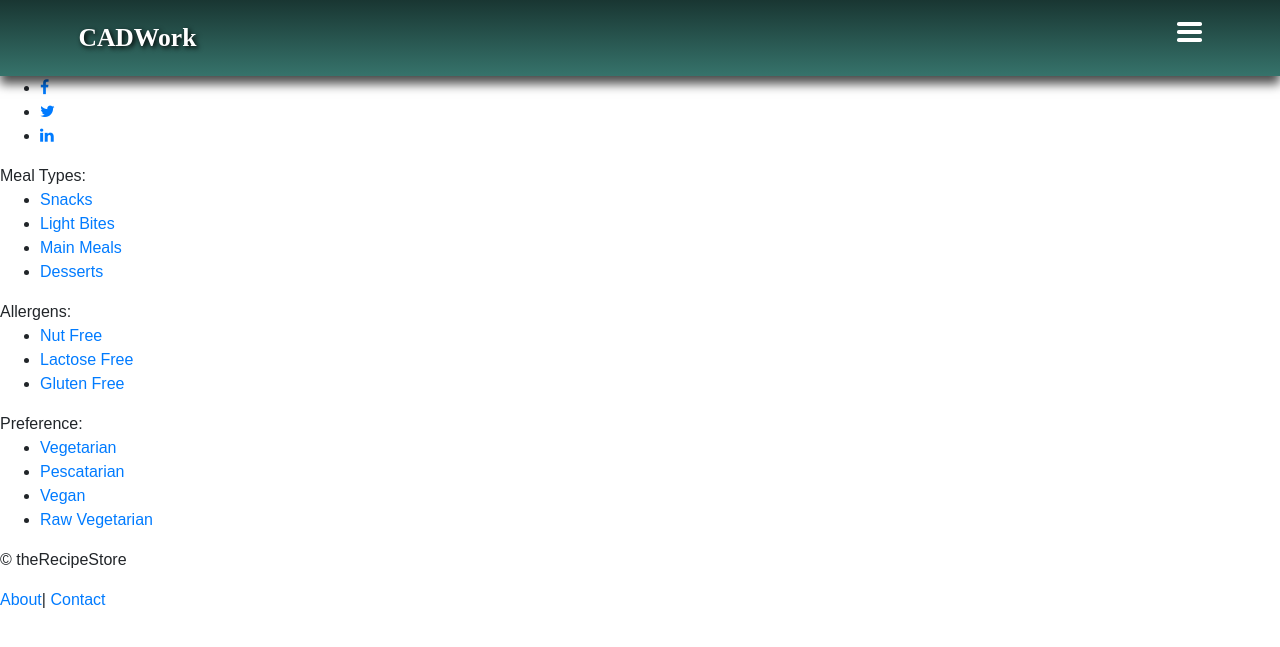
Repository: JShad30/cadwork
Page: templates/base.html
The author's editor kept a record of every edit. The page is drawn from the files as they stood at one moment, then again after the next edit.
The browser window is 1280 px wide. The pictures show the whole page.
The template is drawn by Django 2.2. The application's start-up code is not run. Other server files are loaded and not shown. The template is opened directly, without the code that normally fills it, so the values that code supplies are empty.

Above is the page before.

### templates/base.html
{% load static %}
<!DOCTYPE html>
<html lang="en">

<head>
	<!--Meta descriptions-->
    <meta charset="UTF-8">
    <meta name="viewport" content="width=device-width, initial-scale=1.0">
    <meta http-equiv="X-UA-Compatible" content="ie=edge">
    <meta name="description" content="Upload jobs and find a CAD Professional for your project">

    <!--Website title and description-->
    <title>CADWork</title>

    <!--Links to font awesome used for social icons and the css file and the bootstrap framework-->
    <link rel="stylesheet" href="https://stackpath.bootstrapcdn.com/bootstrap/4.3.1/css/bootstrap.min.css" integrity="sha384-ggOyR0iXCbMQv3Xipma34MD+dH/1fQ784/j6cY/iJTQUOhcWr7x9JvoRxT2MZw1T" crossorigin="anonymous">
    <link rel="stylesheet" href="https://cdnjs.cloudflare.com/ajax/libs/font-awesome/4.7.0/css/font-awesome.min.css">
    <link rel="stylesheet" href="{% static 'css/styles.css' %}">
</head>

<!--This html page will have the navbar and footer that will be used on every one of the pages-->
<body>

    <nav class="navbar">
        <div class="navbar-container">
            <div class="navbar-logo-label">
            	<!--Logo will link back to the home page-->
                <div class="navbar-logo">
                    <a href="{% url 'index' %}">CADWork</a>
                </div>
                <!--Navbar burger icon created so that effect can take place on mobile view-->
                <div id="navbar-dropdown" class="navbar-dropdown">
					<span class="line line1"></span>
					<span class="line line2"></span>
					<span class="line line3"></span>
                </div>
            </div>
            <div class="navbar-links">
	            <a class="dropdown-content-button" href="#">Home</a>
                <a id="jobs-dropdown-link" class="dropdown-content-button" href="#">Jobs</a>
                <div id="jobs-dropdown" class="dropdown-content">
	                <a class="dropdown-content-link" href="#">Upload</a>
	                <a class="dropdown-content-link" href="#">Bid</a>
	            </div>
                <a class="dropdown-content-button" href="#">Blog</a>
	            <a class="dropdown-content-button" href="#">Shop</a>

                <!--Buttons that link to pages allowing the user to sign up or login to their membership area-->
                {% if user.is_authenticated %}
                <!--Account link which only appears if user is logged in-->
                <a id="meal-type" class="dropdown-content-button" href="#">Account</a>
                <a class="btn btn-dark" href="#" role="button">Log Out</a>

	            {% else %}
	            <a class="btn btn-primary" href="#" role="button">Sign Up</a>
	            <a class="btn btn-secondary" href="#" role="button">Log In</a>
	            {% endif %}

	            <!--The following lines will only appear in mobile views-->
	            <div class="horizontal-rule-divider">
	            	<div class="navbar-contents-seperate"></div>
	            </div>
	            <!--Social links in destop views wil be attached to the side of the page-->
	            <div class="navbar-link">
	                <div id="social" class="dropdown-content">
	                	<a class="social-link" href="https://www.facebook.com/" target="_blank"><i class="fa fa-facebook"></i></a>
	                	<a class="social-link" href="https://twitter.com/" target="_blank"><i class="fa fa-twitter"></i></a>
	                	<a class="social-link" href="https://www.linkedin.com/?hl=en" target="_blank"><i class="fa fa-linkedin"></i></a>
	                </div>
	            </div>

	            <!--Contact and about page only appears in mobile views-->
	            <div class="contact-about-navbar">
	            	<div class="contact-about-navbar-links">
		                <a id="about-navbar" class="contact-about-link" href="#">About</a>
		                <a id="contact-navbar" class="contact-about-link" href="#">Contact</a>
		                <span class="contact-about-link">&#169; 2019 CADWork</span>
		            </div>
	            </div>

            </div>
        </div>
    </nav>

    <!--These social icons only display where the website is being displayed on mobile views -->
    <div class="icon-bar-desktop-views">
		<a href="https://www.facebook.com/" target="_blank" class="icon-bar-facebook"><i class="fa fa-facebook"></i></a>
		<a href="https://twitter.com/" target="_blank" class="icon-bar-twitter"><i class="fa fa-twitter"></i></a>
		<a href="https://www.linkedin.com/?hl=en" target="_blank" class="icon-bar-linkedin"><i class="fa fa-linkedin"></i></a>
	</div>

    {% block content %}
    {% endblock %}

    <footer class="footer">
		<div class="footer-container">
			<!--Social links at the top of the footer-->
			<div class="footer-social">
                <ul class="social-links">
                    <li class="social"><a class="dropdown-content-link social-link" href="https://www.facebook.com/" target="_blank"><i class="fa fa-facebook"></i></a></li>
                    <li class="social"><a class="dropdown-content-link social-link" href="https://twitter.com/" target="_blank"><i class="fa fa-twitter"></i></a></li>
                    <li class="social"><a class="dropdown-content-link social-link" href="https://www.linkedin.com/?hl=en" target="_blank"><i class="fa fa-linkedin"></i></a></li>
                </ul>
            </div>
            <!--Links at the top of the footer section-->
			<div class="footer-top-primary-links">
				<!--Select the recipes by meal type-->
				<div class="footer-section">
					<div class="meal-types-footer-links footer-list-title" id="meal-types-footer-dropdown">Meal Types:</div>
					<ul class="meal-types-subject-links footer-list" id="meal-types-list">
						<li class="footer-list-item"><a class="footer-list-link" href="#">Snacks</a></li>
						<li class="footer-list-item"><a class="footer-list-link" href="#">Light Bites</a></li>
						<li class="footer-list-item"><a class="footer-list-link" href="#">Main Meals</a></li>
						<li class="footer-list-item"><a class="footer-list-link" href="#">Desserts</a></li>
					</ul>
				</div>
				<!--Select recipes by allergen requirements-->
				<div class="footer-section">
					<div class="allergens-footer-links footer-list-title" id="allergens-footer-dropdown">Allergens:</div>
					<ul class="allergens-subject-links footer-list" id="allergens-list">
						<li class="footer-list-item"><a class="footer-list-link" href="#">Nut Free</a></li>
						<li class="footer-list-item"><a class="footer-list-link" href="#">Lactose Free</a></li>
						<li class="footer-list-item"><a class="footer-list-link" href="#">Gluten Free</a></li>
					</ul>
				</div>
				<!--Allow the user to select the pages that show the most recent and the most popular recipes-->
				<div class="footer-section">
					<div class="search-footer-links footer-list-title" id="search-footer-dropdown">Preference:</div>
					<ul class="search-subject-links footer-list" id="search-list">
						<li class="footer-list-item"><a class="footer-list-link" href="/vegetarian">Vegetarian</a></li>
						<li class="footer-list-item"><a class="footer-list-link" href="/pescatarian">Pescatarian</a></li>
						<li class="footer-list-item"><a class="footer-list-link" href="/vegan">Vegan</a></li>
						<li class="footer-list-item"><a class="footer-list-link" href="/raw_vegetarian">Raw Vegetarian</a></li>
					</ul>
				</div>
			</div>
			<!--Horizontal rule between the top section of the footer and the bottom statements-->
			<div class="horizontal-rule-footer">
	          	<div class="footer-contents-separate"></div>
	        </div>
	        <!--Bottom section of the footer-->
            <div class="footer-statement">
            	<!--Copyright statement-->
            	<p class="statement">&#169; theRecipeStore</p>
            	<div class="footer-contact-about">
					<p class="footer-contact-about-links">
						<!--Links to the contact and about pages-->
						<span class="footer-contact-about-links-span"><a id="about-footer" class="terms-about-link" href="#">About</a></span><span class="footer-contact-about-links-divider">|</span>
			            <span class="footer-contact-about-links-span"><a id="contact-footer" class="terms-about-link" href="#">Contact</a></span>
			        </p>
				</div>
            </div>
		</div>
	</footer>

    <!--Scripts to run-->
    <script src="https://code.jquery.com/jquery-3.3.1.slim.min.js" integrity="sha384-q8i/X+965DzO0rT7abK41JStQIAqVgRVzpbzo5smXKp4YfRvH+8abtTE1Pi6jizo" crossorigin="anonymous"></script>
    <script src="https://cdnjs.cloudflare.com/ajax/libs/popper.js/1.14.7/umd/popper.min.js" integrity="sha384-UO2eT0CpHqdSJQ6hJty5KVphtPhzWj9WO1clHTMGa3JDZwrnQq4sF86dIHNDz0W1" crossorigin="anonymous"></script>
    <script src="https://stackpath.bootstrapcdn.com/bootstrap/4.3.1/js/bootstrap.min.js" integrity="sha384-JjSmVgyd0p3pXB1rRibZUAYoIIy6OrQ6VrjIEaFf/nJGzIxFDsf4x0xIM+B07jRM" crossorigin="anonymous"></script>
    <script src="../static/js/navbar.js"></script>
    <script src="../static/js/navbar-contents.js"></script>

</body>

</html>

### static/css/styles.css
/*Font style imports*/

/*Colours to use in site*/
/*
blue colour - #3749B0
dark grey - #333333
White colour - #FAFAFA
*/

/*Importing the fonts */

/* Open Sans font to be used throughout the site */
@import url('https://fonts.googleapis.com/css?family=Open+Sans:400,600&display=swap');

/* Titillium web to be used for the headers throughout the site */
@import url('https://fonts.googleapis.com/css?family=Titillium+Web:400,700&display=swap');

/* Global styles styles*/

* {
    margin: 0;
    font-family: "", sans-serif;
}

h1, h2, h3, h4, h5, h6 {
    font-family: "Titillium Web", sans-serif;
}







/*---------- Navbar ----------*/
.navbar {
    position: sticky;
    top: 0;
	width: 100%;
    background-image: linear-gradient(#193632, #36736B);
    display: flex;
    flex-direction: column;
    justify-content: center;
    align-items: center;
    z-index: 10;
    box-shadow: 0px 8px 10px 0px rgba(0,0,0,0.7);
}

.navbar-container {
    margin: 0 10px;
    width: 90%;
    height: 100%;
    display: flex;
    flex-direction: column;
    align-items: space-between;
}

.navbar-logo-label {
	height: 60px;
    display: flex;
    flex-direction: row;
    align-items: center;
    justify-content: space-between;
}

.navbar-logo a {
	display: flex;
	align-items: center;
	font-family: "Kalam", cursive;
	font-size: 1.6em;
	font-weight: 700;
	color: #FFFFFF;
	text-decoration: none;
	transition-duration: 0.1s;
    transition-timing-function: ease-in-out;
    text-shadow: 2px 2px 5px #000000;
}

.navbar-logo a:hover {
    transition-property: color;
    transition-duration: 0.1s;
    transition-timing-function: ease-in-out;
    color: #80C0B8;
}

/*Navbar burger icon*/
.navbar-dropdown {
    width: 50px;
	font-size: 1.8em;
    display: flex;
    justify-content: flex-end;
    cursor: pointer;
}

.line {
    position: absolute;
    height: 3.5px;
    width: 25px;
    background-color: #FFFFFF;
    border-radius: 1.75px;
    transition: all ease-in-out 0.2s;
}

.line1 {
    top: 22px;
}

.line2 {
    top: 30px;
}

.line3 {
    top: 38px;
}

/*Controlling the cross effect when the burger menu is selected in mobile views*/
.navbar-dropdown.close .line1{
    transform: rotate(45deg);
    top: 30px;
}

.navbar-dropdown.close .line2,
.navbar-dropdown.close .line3 {
    transform: rotate(-45deg);
    top: 30px;
}

/*Navbar dropdown links*/
.navbar-links {
	display: none;
    margin-top: 10px;
}

.navbar-links div a {
	height: inherit;
    display: flex;
    align-items: center;
    margin: 5px;
    text-decoration: none;
    color: #FFFFFF;
    font-size: 1.2em;
    line-height: 1.4em;
    transition-duration: 0.1s;
    transition-timing-function: ease-in-out;
    text-shadow: 1px 1px 10px #333333;
}

.navbar-links .navbar-link a:hover {
    transition-property: color;
    color: #80C0B8;
    transition-timing-function: ease-in-out;
    transition-duration: 0.1s;
}

.navbar-links.active {
	display: flex;
	flex-direction: column;
    align-items: center;
    justify-content: center;
}

.dropdown-content-button {
    cursor: pointer;
}

/*Navbar dropdown appearance*/

.dropdown-content {
    display: flex;
    min-width: 150px;
    z-index: 1;
    padding: 0 10px;
}

/*Controlling the dropdown content*/

.dropdown-content .dropdown-content-link {
	font-family: "Roboto", sans-serif;
    line-height: 1.4em;
	font-size: 1em;
	transition-property: color;
	transition-duration: 0.1s;
	transition-timing-function: ease-in-out;
	margin-left: 10px;
}

.dropdown-content .dropdown-content-link:hover {
	color: #80C0B8;
	transition-property: color;
	transition-duration: 0.1s;
	transition-timing-function: ease-in-out;
}

/*Login and sign up buttons*/

.navbar-link-buttons {
    width: 100%;
    height: 50px;
    display: flex;
    flex-direction: row;
    justify-content: center;
    align-items: center;
    margin: 20px 0 10px 0;
}

.sign-up-login-button {
    height: 40px;
    width: 100px;
    display: flex;
    justify-content: center;
    align-items: center;
    cursor: pointer;
    border-radius: 10px;
    text-transform: uppercase;
    color: #FFFFFF;
    margin: 0 10px;
    font-family: "Kalam", cursive;
    font-size: 1.1em;
    font-weight: 700;
    transition-timing-function: ease-in-out;
    transition-duration: 0.1s;
}

.sign-up-login-button:hover {
    transition-property: background-color;
    transition-timing-function: ease-in-out;
    transition-duration: 0.1s;
}

#sign-up {
    background-color: #C09380;
}

#sign-up:hover {
    background-color: #614437;
}

#login {
    background-color: #80C0B8;
}

#login:hover {
    background-color: #4E7570;
}

#logout {
    background-color: #808080;
}

#logout:hover {
    background-color: #404040;
}

.sign-up-login-button a {
    height: inherit;
    width: inherit;
    display: flex;
    justify-content: center;
    align-items: center;
    border-radius: inherit;
}

/*Search for section active and non active states for navbar-contents.js*/
#search-link-dropdown {
    display: none;
}

#search-link-dropdown.active {
    display: flex;
}

/*Meal Type section active and non active states for navbar-contents.js*/
#meal-type-dropdown {
    display: none;
}

#meal-type-dropdown.active {
    display: flex;
}

/*Allergens section active and non active states for navbar-contents.js*/
#allergens-dropdown {
    display: none;
}

#allergens-dropdown.active {
    display: flex;
}

/*Social media links*/

.dropdown-content .social-link {
    margin: 10px;
}

/*contact and Conditions/About/ horizontal line appearing in mobile view*/

/*Social links in mobile view*/
#social {
    display: flex;
    flex-direction: row;
    justify-content: center;
    align-items: center;
    width: 100%;
    padding: 0;
    margin: 20px 0 30px 0;
}

.navbar-link div a i {
    font-size: 1.7em;
}

/*Horizontal line that appears in mobile views*/
.horizontal-rule-divider {
    display: flex;
    align-items: center;
    justify-content: center;
    margin-top: 30px;
}

.navbar-contents-seperate {
    width: 50%;
    height: 1px;
    background-color: #FFFFFF;
    border: 0;
}

/*Links to contact and about page*/
.contact-about-navbar {
    margin: 15px 0;
}

.contact-about-navbar-links {
    display: flex;
    flex-direction: column;
    justify-content: center;
    align-items: flex-start;
}

.contact-about-navbar div a,
.contact-about-navbar div span {
    margin: 2px 5px;
    color: #FFFFFF;
    font-size: 0.8em;
    font-family: "Roboto", sans-serif;
    transition-property: color;
    transition-duration: 0.1s;
    transition-timing-function: ease-in-out;
    line-height: 1.5em;
}

.contact-about-navbar div a:hover {
    transition-property: color;
    transition-duration: 0.1s;
    transition-timing-function: ease-in-out;
    color: #80C0B8;
}
/*---------- End of Navbar ----------*/







/* Social icons at the side of the page in desktop views */
.icon-bar-desktop-views {
    top: 40%;
    position: fixed;
    -webkit-transform: translateY(-50%);
    -ms-transform: translateY(-50%);
    transform: translateY(-50%);
}

.icon-bar-desktop-views a {
    display: none;
    text-align: center;
    transition-timing-function: ease-in-out;
    padding: 10px 12px;
    transition-duration: 0.1s;
    color: white;
    font-size: 25px;
}

.icon-bar-facebook {
    background-color: #3B5998;
    color: #FAFAFA;
    width: 30px;
}

.icon-bar-twitter {
    background-color: #55ACEE;
    color: #FAFAFA;
    width: 30px;
}

.icon-bar-linkedin {
    background-color: #007bb5;
    color: #FAFAFA;
    width: 30px;
}

.icon-bar-facebook:hover,
.icon-bar-twitter:hover,
.icon-bar-linkedin:hover {
    padding-left: 30px;
}
/*---------- End of social icons at the side of the page in desktop views ----------*/







/* Footer */
/*---------- End of Footer ----------*/









/*---------- Larger screen sizes ----------*/
/* Horizontal mobile screens */
@media(min-width: 500px) {
}

/*tablet screens*/
@media(min-width: 768px) {
}

/*Large tablet and small laptop screens*/
@media(min-width: 992px) {
}

/*Larger laptop and desktop screens*/
@media(min-width: 1224px) {
}

### static/js/navbar.js
var width = $(window).width(); // Setting the window of the screen as a variable

//Adding and removeing the classes
$(document).ready(function() {
    $("#navbar-dropdown").on("click", function() {
    	$(this).toggleClass("close");
		$(".navbar-links").slideToggle("fast");
	});
});

// Reset page when window size changes
$(window).resize(function() {
    location.reload(true)
});

Loaded but not shown: static/js/navbar-contents.js (no copy from this time; the picture is the same without it)

After the next edit:
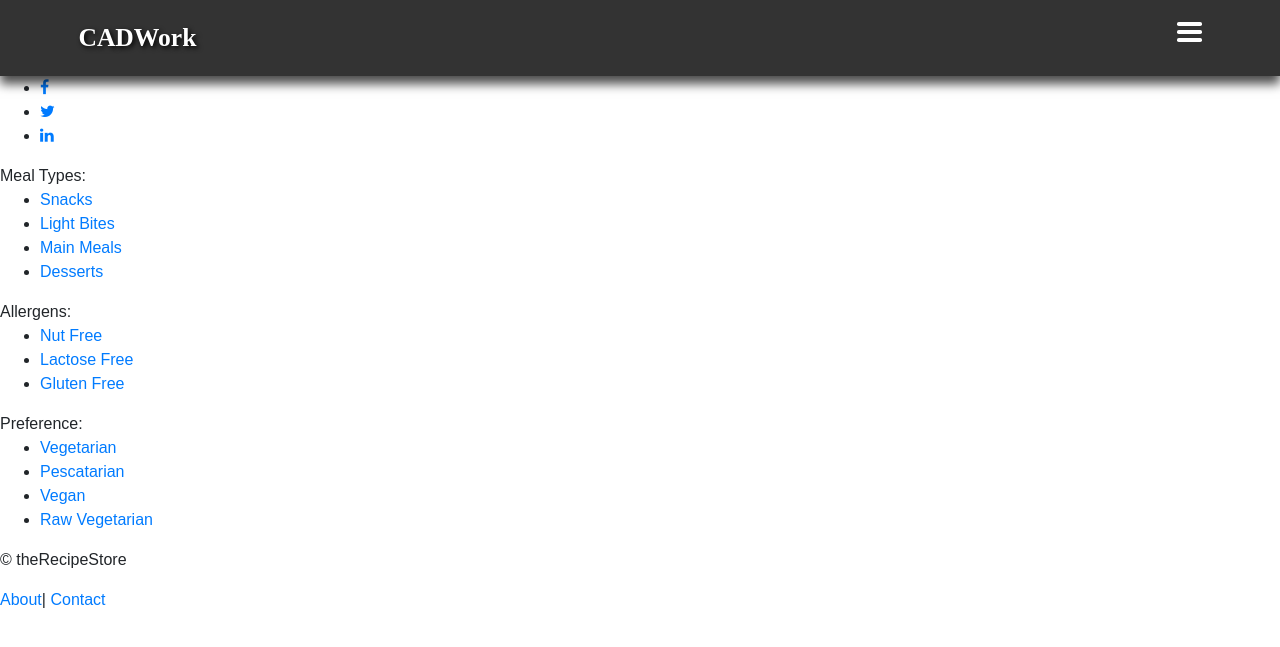
The edit:
--- a/static/css/styles.css
+++ b/static/css/styles.css
@@ -37,7 +37,7 @@
     position: sticky;
     top: 0;
 	width: 100%;
-    background-image: linear-gradient(#193632, #36736B);
+    background-color: #333333;
     display: flex;
     flex-direction: column;
     justify-content: center;
